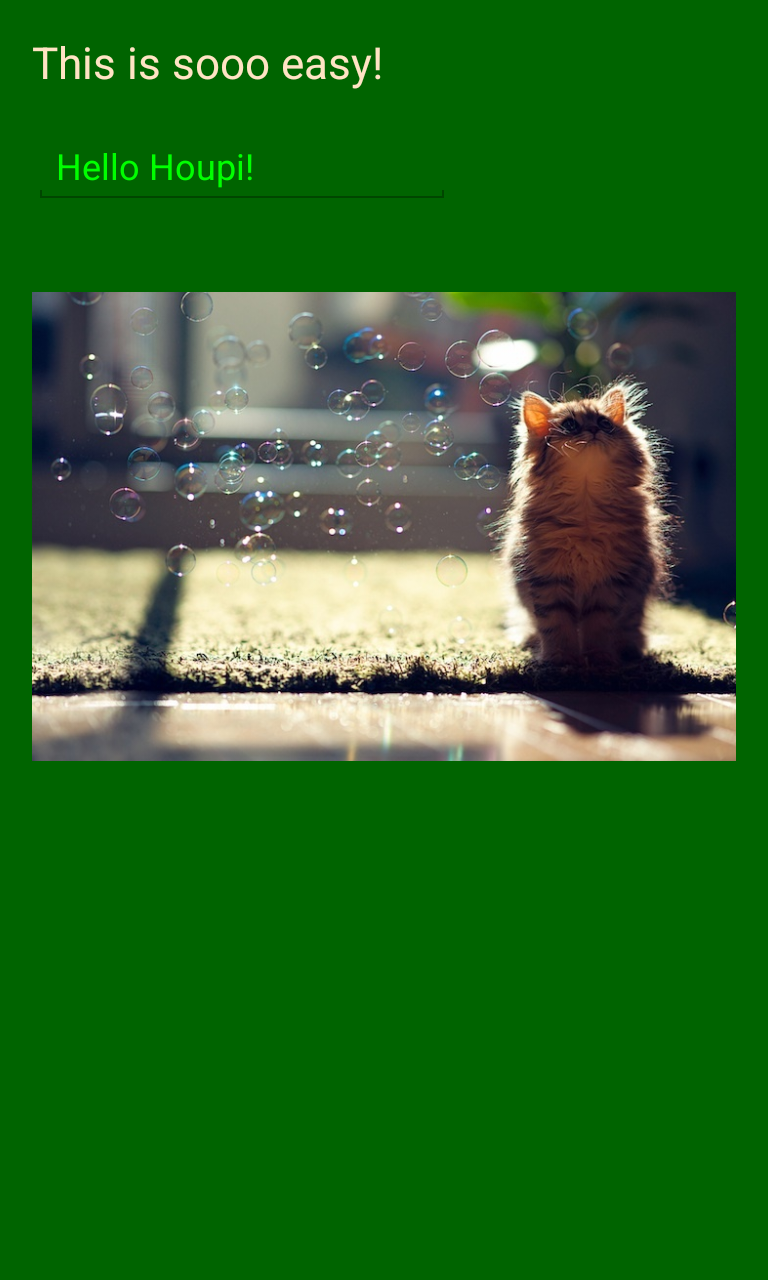
Repository: wzbbbb/bkp_home
Layout: java/Droid1/res/layout/activity_second.xml
The author's editor kept a copy of each file at every save. The layout is drawn from the files as they stood at one save, then again after the next save.
It is drawn on a 768 x 1280 px phone screen (xhdpi) without system bars, with theme AppTheme; the app's code is not run.

Above is the layout before, as saved 2013-09-22 01:36:19.

### java/Droid1/res/layout/activity_second.xml
<RelativeLayout xmlns:android="http://schemas.android.com/apk/res/android"
    xmlns:tools="http://schemas.android.com/tools"
    android:layout_width="match_parent"
    android:layout_height="match_parent"
    android:background="@color/background_color"
    android:paddingBottom="@dimen/activity_vertical_margin"
    android:paddingLeft="@dimen/activity_horizontal_margin"
    android:paddingRight="@dimen/activity_horizontal_margin"
    android:paddingTop="@dimen/activity_vertical_margin"
    tools:context=".DroidActivity" >

    <TextView
        android:id="@+id/textView1"
        android:layout_width="wrap_content"
        android:layout_height="wrap_content"
        android:text="@string/test_output"
        android:textColor="@color/app_text_color"
        android:textSize="@dimen/text_size" />

    <EditText
        android:id="@+id/editText1"
        android:layout_width="wrap_content"
        android:layout_height="wrap_content"
        android:layout_alignLeft="@+id/textView1"
        android:layout_below="@+id/textView1"
        android:layout_marginTop="18dp"
        android:ems="10"
        android:text="@string/hello_world"
        android:textColor="@color/text_color_2" />

    <ImageView
        android:id="@+id/imageView1"
        android:layout_width="wrap_content"
        android:layout_height="wrap_content"
        android:layout_alignLeft="@+id/editText1"
        android:layout_below="@+id/editText1"
        android:layout_marginTop="40dp"
        android:src="@drawable/cat_bubble" />

</RelativeLayout>

### java/Droid1/res/values/colors.xml
<?xml version="1.0" encoding="utf-8"?>
<resources>
    <color name="background_color">#006400</color>
    <color name="app_text_color">#FFE4C4</color>
    <color name="text_color_2">#00FF00</color>

</resources>

### java/Droid1/res/values/dimens.xml
<resources>

    <!-- Default screen margins, per the Android Design guidelines. -->
    <dimen name="activity_horizontal_margin">16dp</dimen>
    <dimen name="activity_vertical_margin">16dp</dimen><dimen name="text_size">22sp</dimen>


</resources>

### java/Droid1/res/values/strings.xml
<?xml version="1.0" encoding="utf-8"?>
<resources>

    <string name="app_name">Droid #1</string>
    <string name="action_settings">Settings</string>
    <string name="hello_world">Hello Houpi!</string>
    <string name="test_output">This is sooo easy!</string><string name="second_activity_label">This is in the 2nd activity</string>


</resources>

Loaded but not shown: java/Droid1/res/values/styles.xml (common file); java/Droid1/res/values-v11/styles.xml (common file); java/Droid1/res/values-v14/styles.xml (common file)

After the next save:
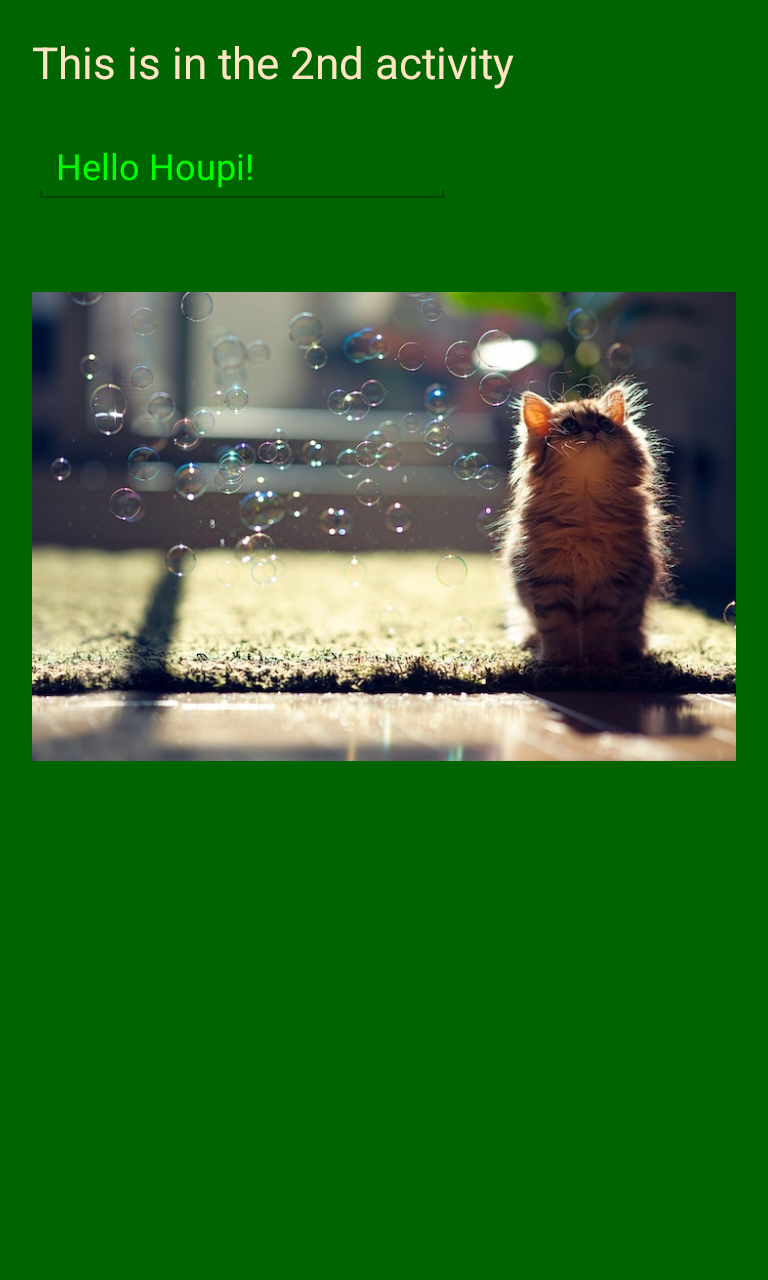
Saved 21 s later.
--- a/java/Droid1/res/layout/activity_second.xml
+++ b/java/Droid1/res/layout/activity_second.xml
@@ -13,7 +13,7 @@
         android:id="@+id/textView1"
         android:layout_width="wrap_content"
         android:layout_height="wrap_content"
-        android:text="@string/test_output"
+        android:text="@string/second_activity_label"
         android:textColor="@color/app_text_color"
         android:textSize="@dimen/text_size" />
 
